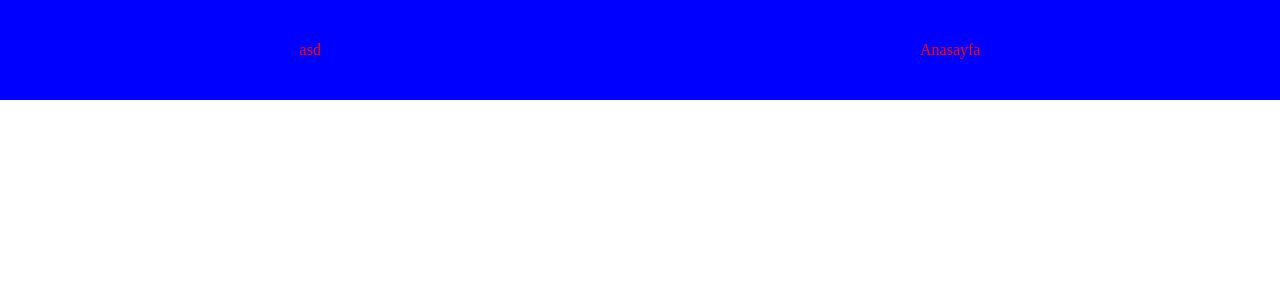
Repository: 0hasandemirtas/react-odev
Page: /
These files come from the project's save history. The page is drawn as it stood at one moment and after the next save; the edit follows.
The browser window is 1280 px wide. The pictures show the whole page.
The project was rebuilt for these pictures with package versions that can differ from the ones it lists, and the page was loaded fresh each time.

Above is the page before, as saved 2024-06-13 12:15:59.

After the next save:
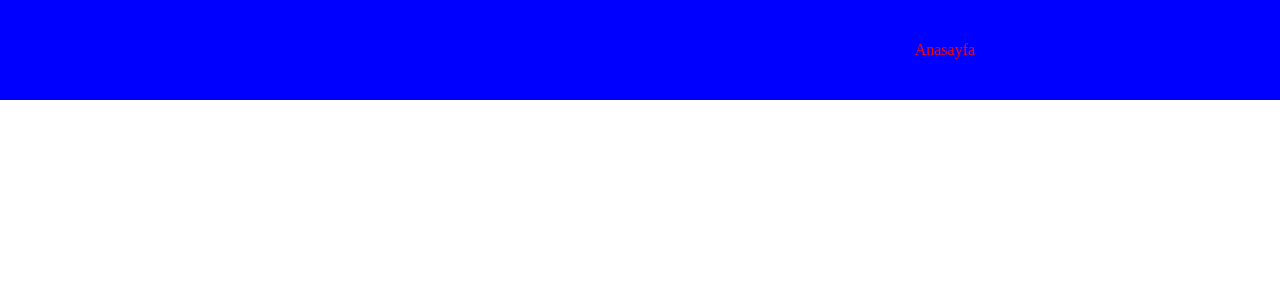
Saved 9 min 29 s later.
--- a/src/components/header/index.js
+++ b/src/components/header/index.js
@@ -5,8 +5,10 @@ const Header = ()=>{
   const classes = useStyles();
   return (
     <div className={classes.container}>
-      <div>asd</div>
-      <div><span>Anasayfa</span></div>
+      <div>
+          <img src=""/>
+      </div>
+      <div><a>Anasayfa</a></div>
 
     </div>
   )
